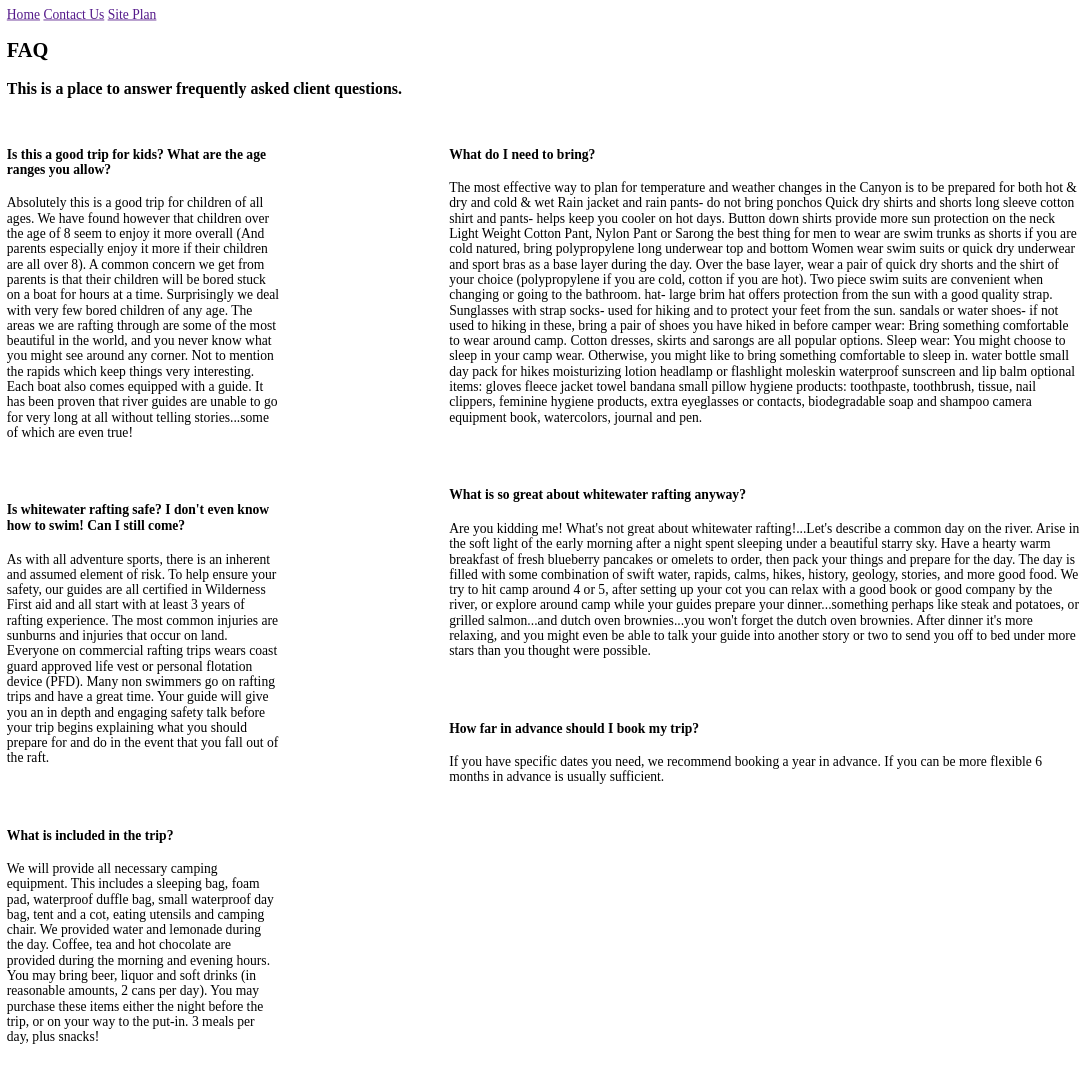
Repository: nak97/WDD-130
Page: wrr/faq.html
These files come from the project's save history. The page is drawn as it stood at one moment and after the next save; the edit follows.
The browser window is 1280 px wide. The pictures show the whole page, at 85% of full size.

Above is the page before, as saved 2023-03-08 10:32:53.

After the next save:
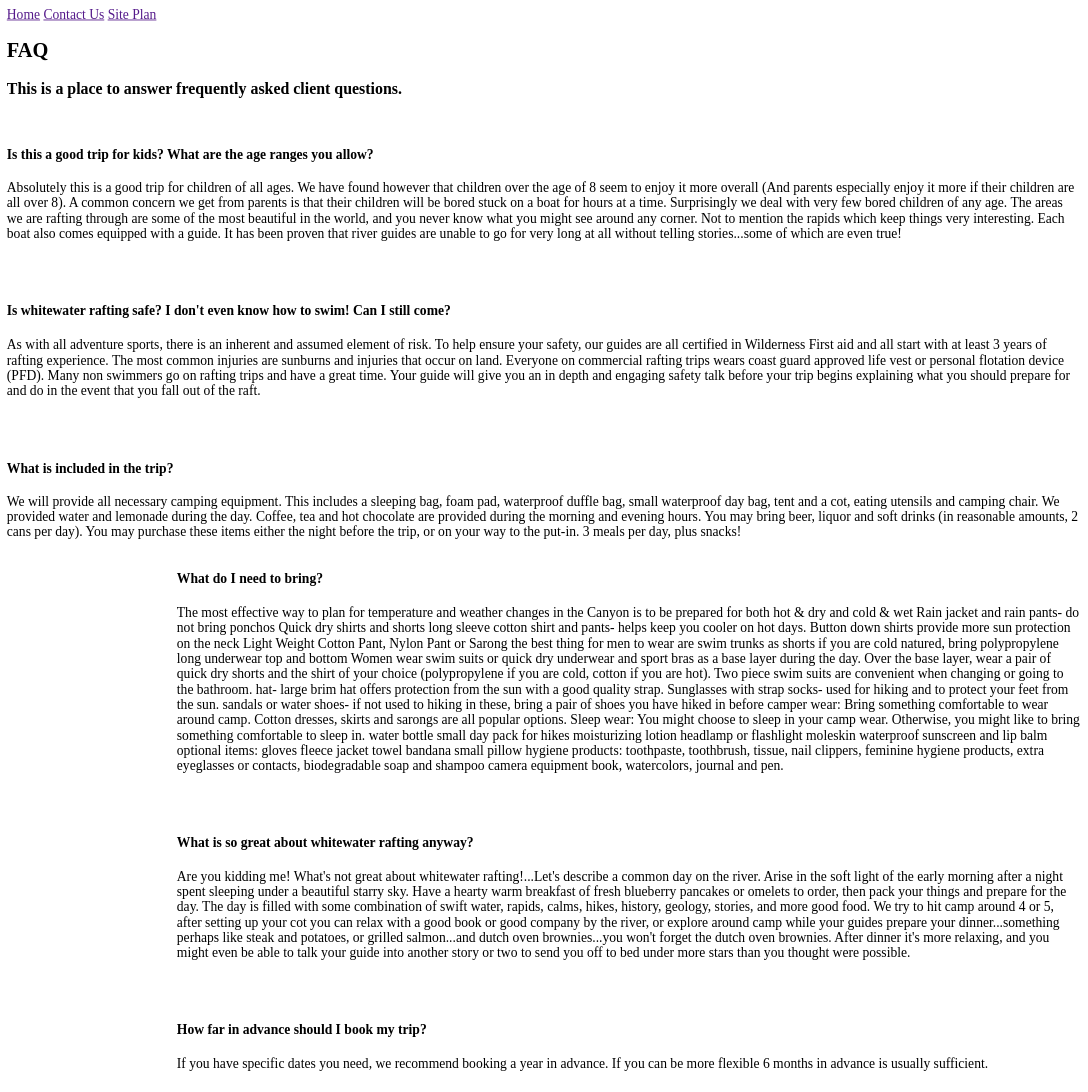
Saved 34 s later.
--- a/wrr/styles/faq.css
+++ b/wrr/styles/faq.css
@@ -4,8 +4,7 @@
 
 
 .container {
-  display: flex;
-  flex-direction: row;
+  display: grid;
 
 }
 
